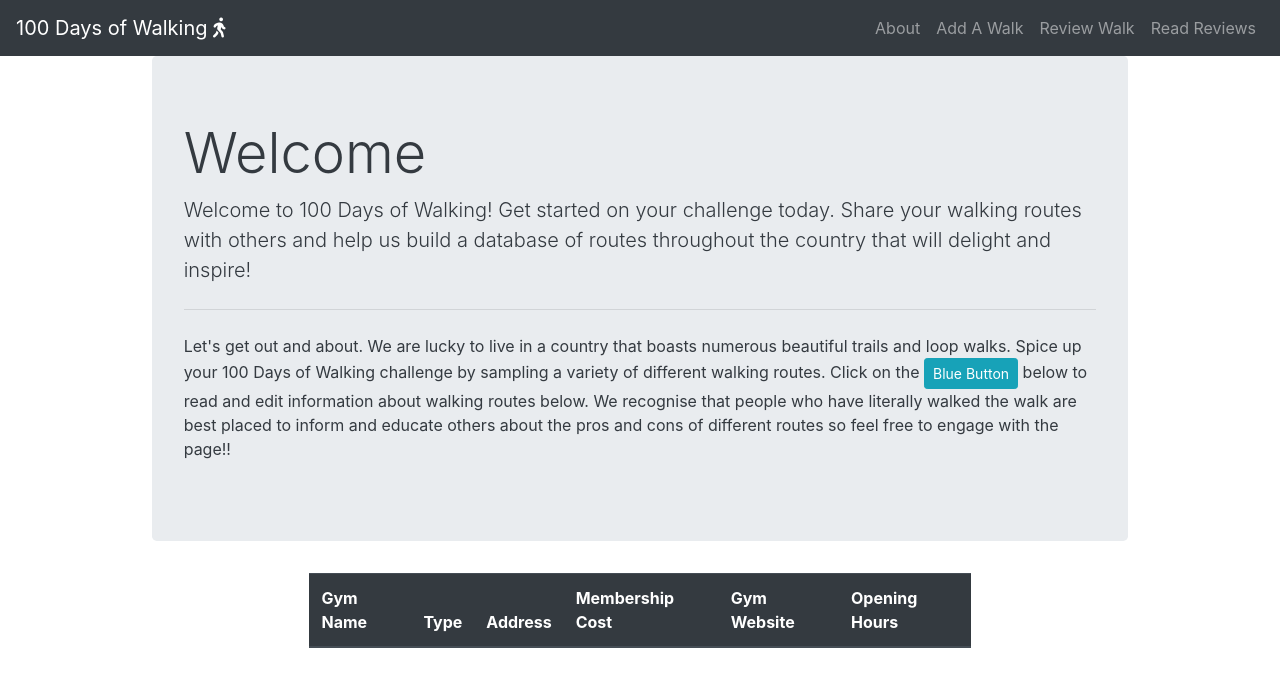
Repository: 5803emma/days-of-walking
Page: http://localhost/
The author's editor kept a record of every edit. The page is drawn from the files as they stood at one moment, then again after the next edit.
The browser window is 1280 px wide. The pictures show the whole page.
Some web libraries are served in a nearby version. The page is served by the project's application, run on Flask 3 (app.py). Queries for data that is not in the repository find no rows.

Above is the page before.

After the next edit:
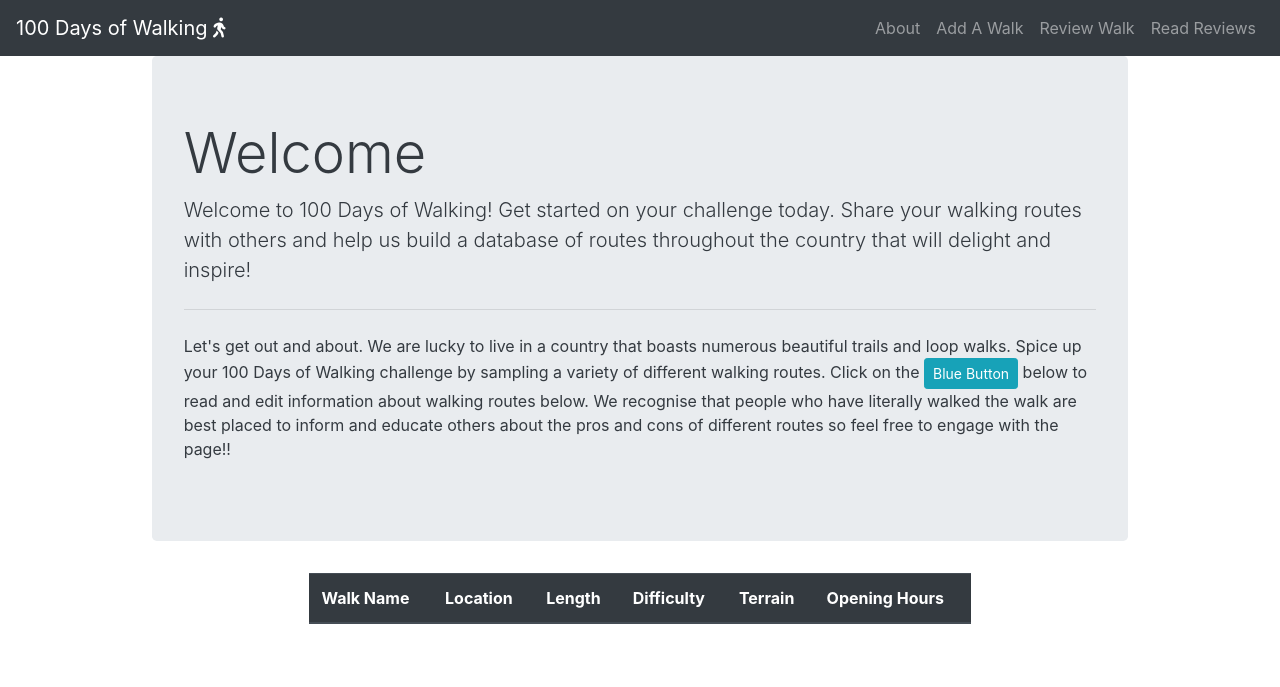
The edit:
--- a/templates/home.html
+++ b/templates/home.html
@@ -18,11 +18,11 @@
    <table class="table table-hover">
     <thead class="thead-dark">
      <tr>
-      <th scope="col">Gym Name</th>
-      <th scope="col">Type</th>
-      <th scope="col">Address</th>
-      <th scope="col">Membership Cost</th>
-      <th scope="col">Gym Website</th>
+      <th scope="col">Walk Name</th>
+      <th scope="col">Location</th>
+      <th scope="col">Length</th>
+      <th scope="col">Difficulty</th>
+      <th scope="col">Terrain</th>
       <th scope="col">Opening Hours</th>
      </tr>
     </thead>
